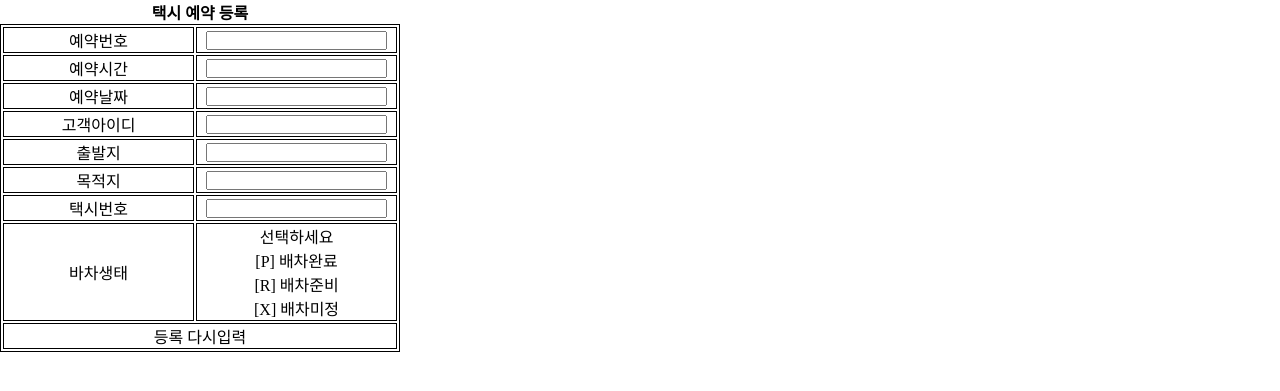
Repository: juntae710/acorn_web
Page: http://localhost/prj0828/택시예약.jsp
These files come from the project's save history. The page is drawn as it stood at one moment and after the next save; the edit follows.
The browser window is 1280 px wide. The pictures show the whole page.
The page is served by Tomcat 9. Other server files are loaded and not shown.

Above is the page before, as saved 2023-08-28 06:46:04.

### prj0828/src/main/webapp/택시예약.jsp
<%@ page language="java" contentType="text/html; charset=UTF-8"
	pageEncoding="UTF-8"%>
<!DOCTYPE html>
<html>
<head>
<meta charset="UTF-8">
<title>Insert title here</title>
<style type="text/css">
	*{
	padding: 0px;
	margin: 0px;
	}
	table{
	width: 400px;
	border: 1px solid black;
	}
	td{
	width: 200px;
	border: 1px solid black;
	text-align: center;
	}
</style>
</head>
<body>

	<table>
	<caption><strong>택시 예약 등록</strong></caption>
		<tr>
			<td>예약번호</td>
			<td><input type="text"></td>
		</tr>
		<tr>
			<td>예약시간</td>
			<td><input type="text"></td>
		</tr>
		<tr>
			<td>예약날짜</td>
			<td><input type="text"></td>
		</tr>
		<tr>
			<td>고객아이디</td>
			<td><input type="text"></td>
		</tr>
		<tr>
			<td>출발지</td>
			<td><input type="text"></td>
		</tr>
		<tr>
			<td>목적지</td>
			<td><input type="text"></td>
		</tr>
		<tr>
			<td>택시번호</td>
			<td><input type="text"></td>
		</tr>
		<tr>
			<td>바차생태</td>
			<td>
				<option>선택하세요</option>
		     	<option>[P] 배차완료</option>
		      	<option>[R] 배차준비</option>
		      	<option>[X] 배차미정</option>
			</td>
		</tr>
		<tr>

			 <td colspan="2">등록 다시입력</td>
		</tr>
	</table>
</body>
</html>

After the next save:
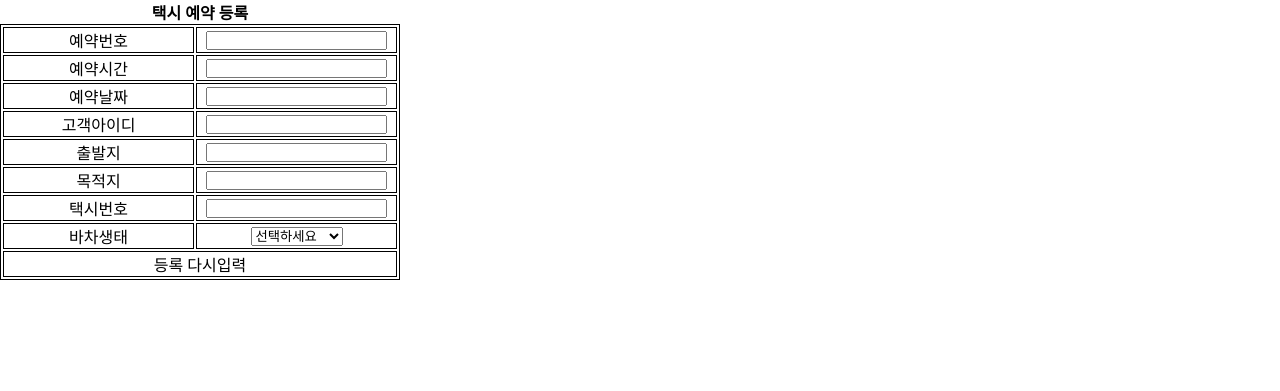
Saved 23 s later.
--- a/prj0828/src/main/webapp/택시예약.jsp
+++ b/prj0828/src/main/webapp/택시예약.jsp
@@ -6,25 +6,29 @@
 <meta charset="UTF-8">
 <title>Insert title here</title>
 <style type="text/css">
-	*{
+* {
 	padding: 0px;
 	margin: 0px;
-	}
-	table{
+}
+
+table {
 	width: 400px;
 	border: 1px solid black;
-	}
-	td{
+}
+
+td {
 	width: 200px;
 	border: 1px solid black;
 	text-align: center;
-	}
+}
 </style>
 </head>
 <body>
 
 	<table>
-	<caption><strong>택시 예약 등록</strong></caption>
+		<caption>
+			<strong>택시 예약 등록</strong>
+		</caption>
 		<tr>
 			<td>예약번호</td>
 			<td><input type="text"></td>
@@ -55,16 +59,16 @@
 		</tr>
 		<tr>
 			<td>바차생태</td>
-			<td>
-				<option>선택하세요</option>
-		     	<option>[P] 배차완료</option>
-		      	<option>[R] 배차준비</option>
-		      	<option>[X] 배차미정</option>
-			</td>
+			<td><select>
+					<option>선택하세요</option>
+					<option>[P] 배차완료</option>
+					<option>[R] 배차준비</option>
+					<option>[X] 배차미정</option>
+			</select></td>
 		</tr>
 		<tr>
 
-			 <td colspan="2">등록 다시입력</td>
+			<td colspan="2">등록 다시입력</td>
 		</tr>
 	</table>
 </body>
